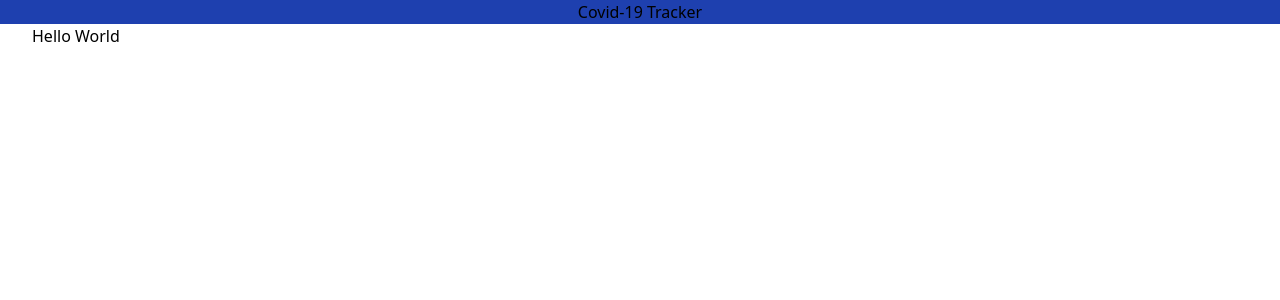
Repository: starcode72/vue-covid-tracker
Page: /
The author's editor kept a copy of each file at every save. The page is drawn from the files as they stood at one save, then again after the next save.
The browser window is 1280 px wide. The pictures show the whole page.
The project was rebuilt for these pictures with package versions that can differ from the ones it lists, and the page was loaded fresh each time. Also part of the build but not shown: vue.config.js.

Above is the page before, as saved 2022-04-30 08:27:43.

After the next save:
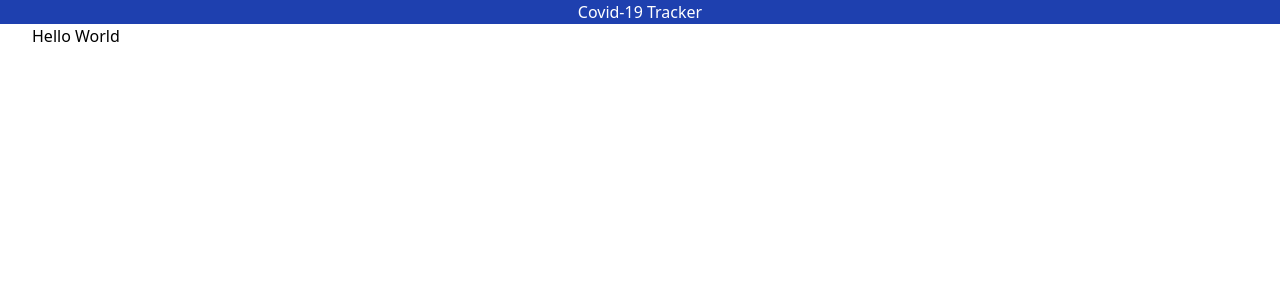
Saved 7 s later.
--- a/src/components/Header.vue
+++ b/src/components/Header.vue
@@ -1,5 +1,5 @@
 <template>
-  <header class="text-center bg-blue-800" >
+  <header class="text-center bg-blue-800 text-white" >
     <div>Covid-19 Tracker</div>
   </header>
 </template>
